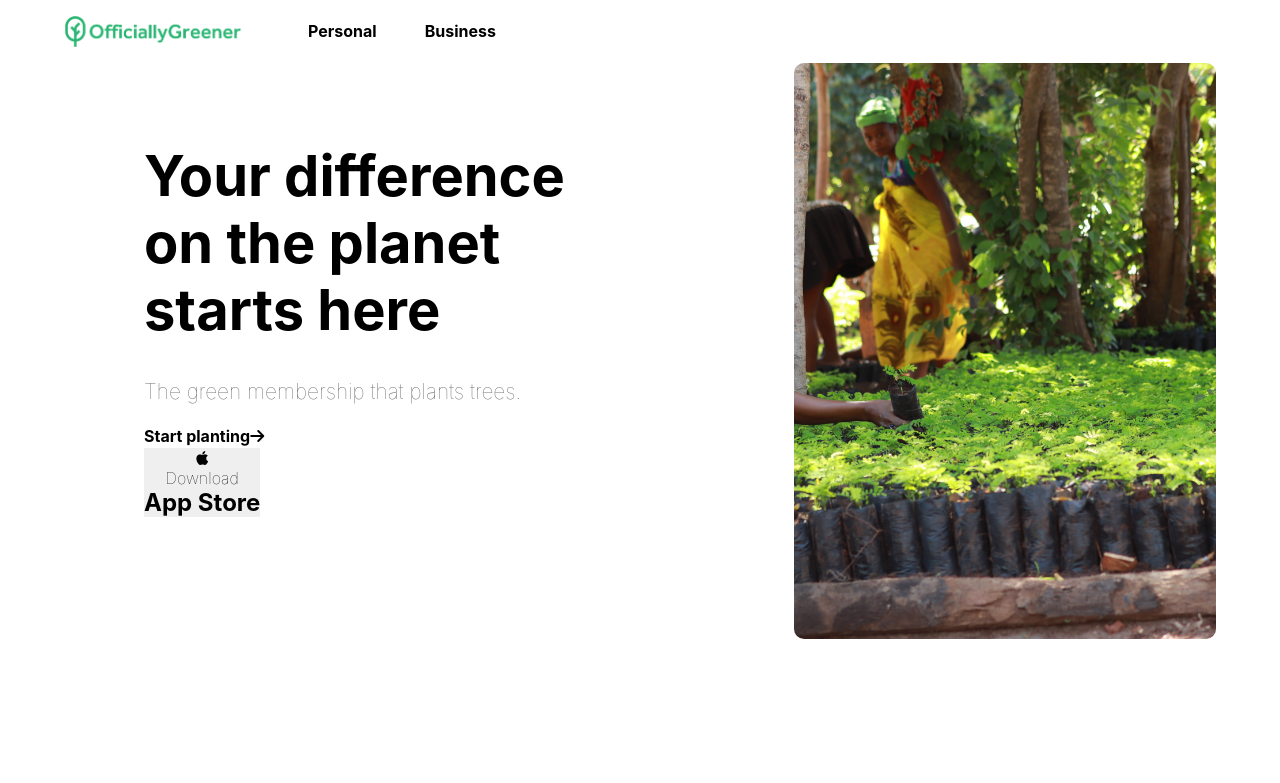
Repository: Sinkycode/Officially-Greener-v2
Page: index.html
These files come from the project's save history. The page is drawn as it stood at one moment and after the next save; the edit follows.
The browser window is 1280 px wide. The pictures show the whole page.
Some web libraries are served in a nearby version.

Above is the page before, as saved 2023-03-08 15:34:40.

After the next save:
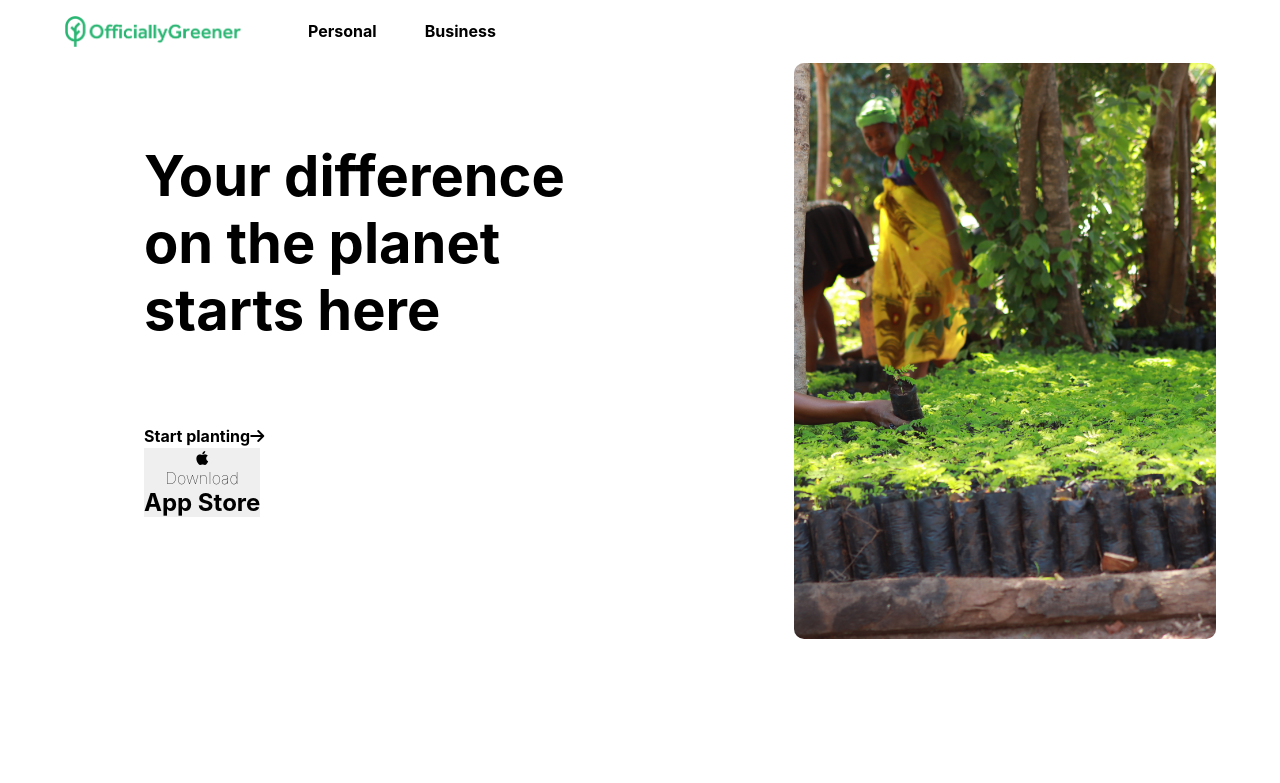
Saved 7 s later.
--- a/style.css
+++ b/style.css
@@ -13,7 +13,7 @@
   --txt-size-600: 3rem;
   --txt-size-800: 3.5rem;
 
-  --gray-para: var(--neutral-400);
+  --gray-para: var(--neutral-100);
 
 }
 

After the save that followed:
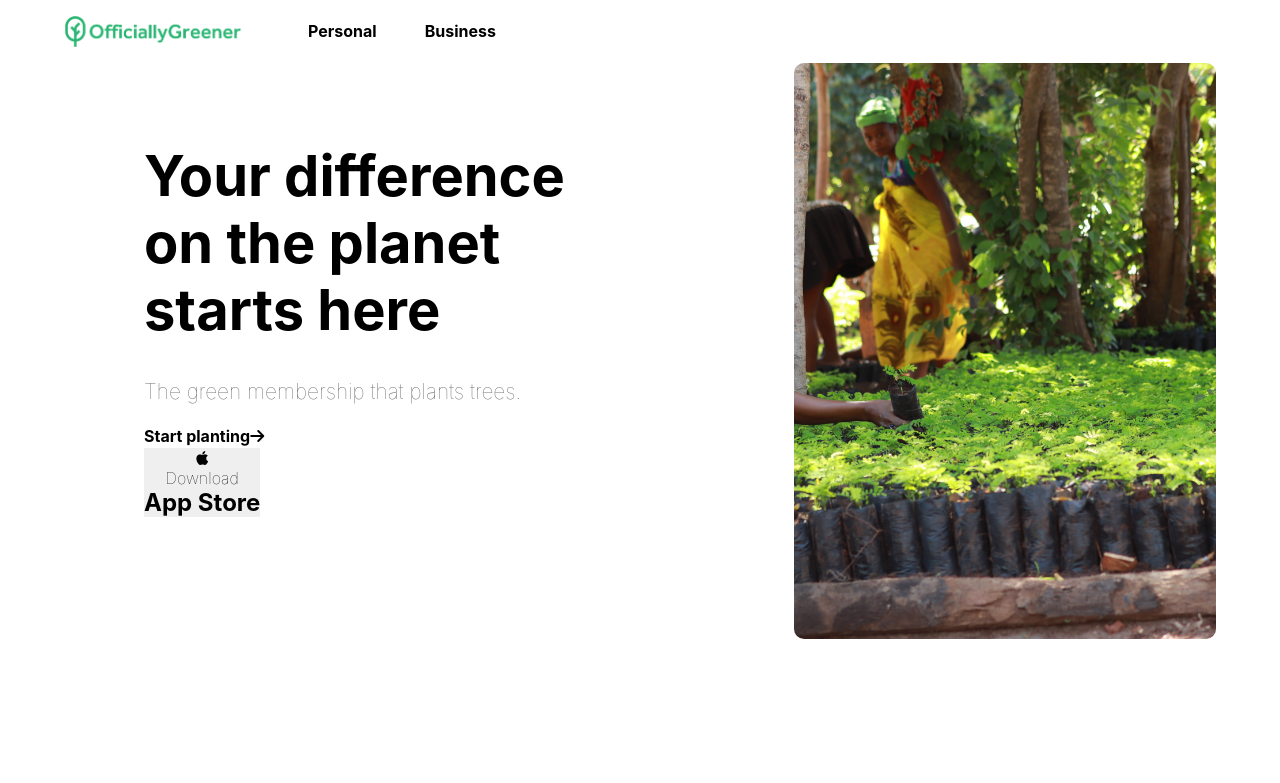
Saved 4 s later.
--- a/style.css
+++ b/style.css
@@ -13,7 +13,7 @@
   --txt-size-600: 3rem;
   --txt-size-800: 3.5rem;
 
-  --gray-para: var(--neutral-100);
+  --gray-para: var(--neutral-400);
 
 }
 
